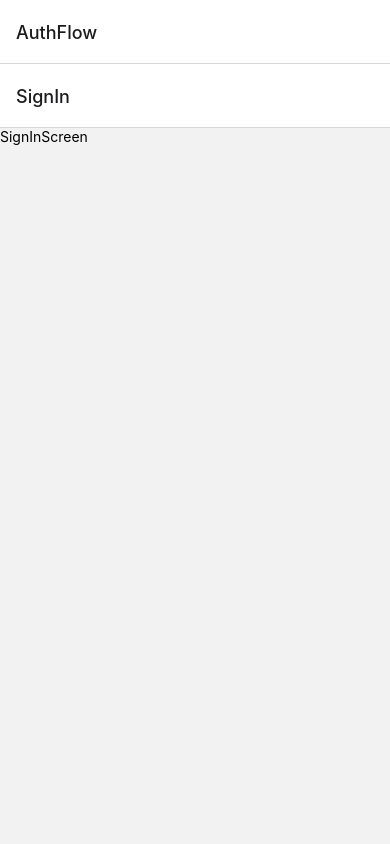
Repository: Kubraaygun/InstagramClone_RN
Screen: /
An editor plug-in stored every save of this project. The screen is shown before and after the next save, followed by the edit.
The app was drawn by React Native's web renderer in a window 390 px wide. The project was rebuilt for these pictures with package versions that can differ from the ones it lists, and the page was loaded fresh each time. Also part of the build but not shown: src/screens/HomeFlow/FeedPostsScreen.jsx, src/screens/ProfileFlow/ProfileScreen.jsx, src/routes/HomeFlow.jsx, src/screens/SearchFlow/SearchScreen.jsx, src/screens/MarketFlow/MarketScreen.jsx, src/screens/ReelsFlow/ReelsScreen.jsx, src/routes/BottomTabs.jsx, src/screens/AuthFlow/SignUpScreen.jsx.

Above is the screen before, as saved 2025-01-08 20:24:41.

After the next save:
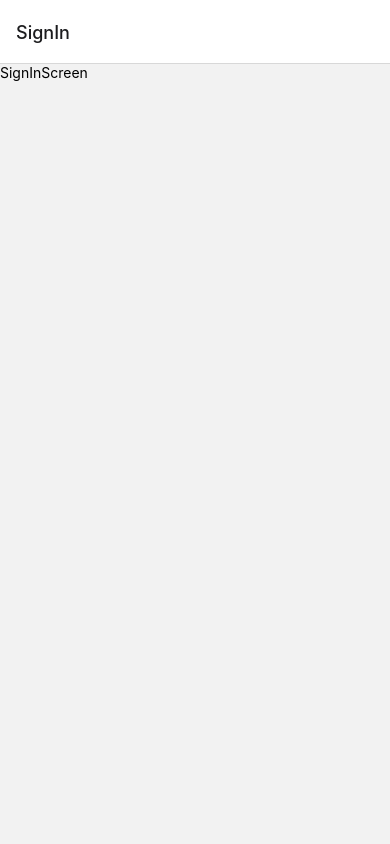
Saved 27 s later.
--- a/src/routes/RootNavigator.jsx
+++ b/src/routes/RootNavigator.jsx
@@ -12,7 +12,11 @@ const RootNavigator = () => {
   const [token, setToken] = useState(false);
 
   return (
-    <RootNavigatorStack.Navigator initialRouteName={AUTH_FLOW}>
+    <RootNavigatorStack.Navigator
+      screenOptions={{
+        headerShown: false,
+      }}
+      initialRouteName={AUTH_FLOW}>
       {token ? (
         <RootNavigatorStack.Screen name={MAIN_FLOW} component={BottomTabs} />
       ) : (
